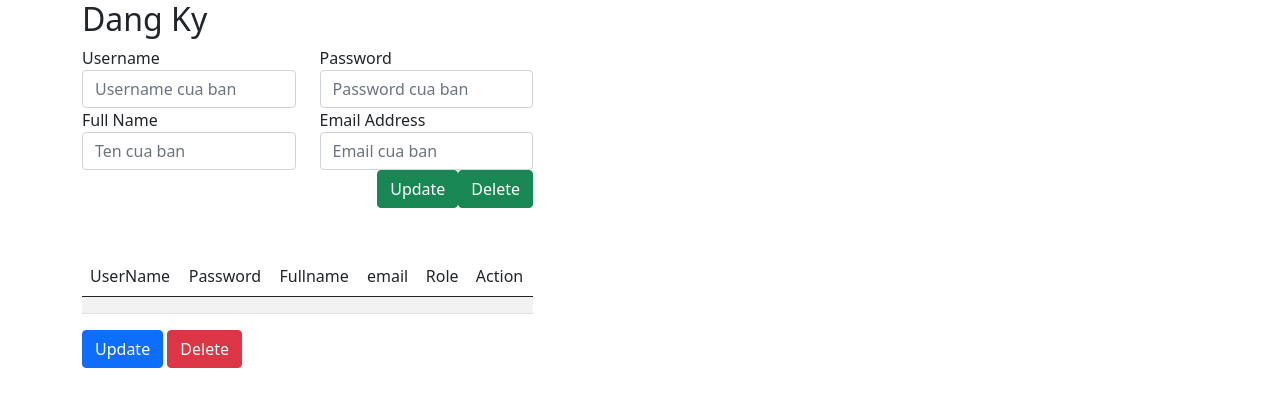
Repository: kiennd3921/AssJava4
Page: http://localhost/Assignment/view/admin/QLyAdmin.jsp
The author's editor kept a copy of each file at every save. The page is drawn from the files as they stood at one save, then again after the next save.
The browser window is 1280 px wide. The pictures show the whole page.
The page is served by Tomcat 9. Other server files are loaded and not shown.

Above is the page before, as saved 2021-04-16 01:07:03.

### PT15307-UD/Assignment/WebContent/view/admin/QLyAdmin.jsp
<%@ page language="java" contentType="text/html; charset=ISO-8859-1"
	pageEncoding="UTF-8"%>
<!DOCTYPE html>
<html>
<head>
<meta charset="UTF-8">
<meta name="viewport" content="width = device-width, initial-scale=1.0">
<title>Insert title here</title>
<%@ taglib uri="http://java.sun.com/jstl/core_rt" prefix="c"%>
<link rel="stylesheet" type="text/css">
<link
	href="https://cdn.jsdelivr.net/npm/bootstrap@5.0.0-beta2/dist/css/bootstrap.min.css"
	rel="stylesheet"
	integrity="sha384-BmbxuPwQa2lc/FVzBcNJ7UAyJxM6wuqIj61tLrc4wSX0szH/Ev+nYRRuWlolflfl"
	crossorigin="anonymous">

</head>
<body>
	<div class="container">
		<div class="row">
			<div class="col-md-5">
				<form>
					<h2>Dang Ky</h2>
					<div class="row">
						<div class="col">
							<label>Username</label> <input type="text" class="form-control"
								placeholder="Username cua ban" required name="">
						</div>
						<div class="col">
							<label>Password</label> <input type="password"
								class="form-control" placeholder="Password cua ban" required
								name="">
						</div>
					</div>
					<div class="row">
						<div class="col">
							<label>Full Name</label> <input type="text" class="form-control"
								placeholder="Ten cua ban" required name="">
						</div>
						<div class="col">
							<label>Email Address</label> <input type="email"
								class="form-control" placeholder="Email cua ban" required
								name="">
						</div>
					</div>
					<div class="form-group nav justify-content-end">
						<button class="btn btn-success" type="submit">Update</button>
						<button class="btn btn-success" type="submit">Delete</button>
					</div>
				</form>


				<div class="mt-5 table-responsive">
					<table class="table table-striped">
						<thead>
							<tr>
								<td>UserName</td>
								<td>Password</td>
								<td>Fullname</td>
								<td>email</td>
								<td>Role</td>
								<td colspan="1">Action</td>
							</tr>
						</thead>
						<tbody>
							<tr>
								<td>${ user.id }</td>
								<td>${ user.password }</td>
								<td>${ user.email }</td>
								<td>${ user.fullname }</td>
								<td>${ user.admin }</td>
								<td>${ user.post.size() }</td>

							</tr>
						</tbody>

					</table>
					<a href="/PT15307-UD/admin/user/edit?id=${ user.id }"
						class="btn btn-primary">Update</a>
					<button class="btn btn-danger">Delete</button>
				</div>
			</div>
		</div>
	</div>
</body>
</html>

After the next save:
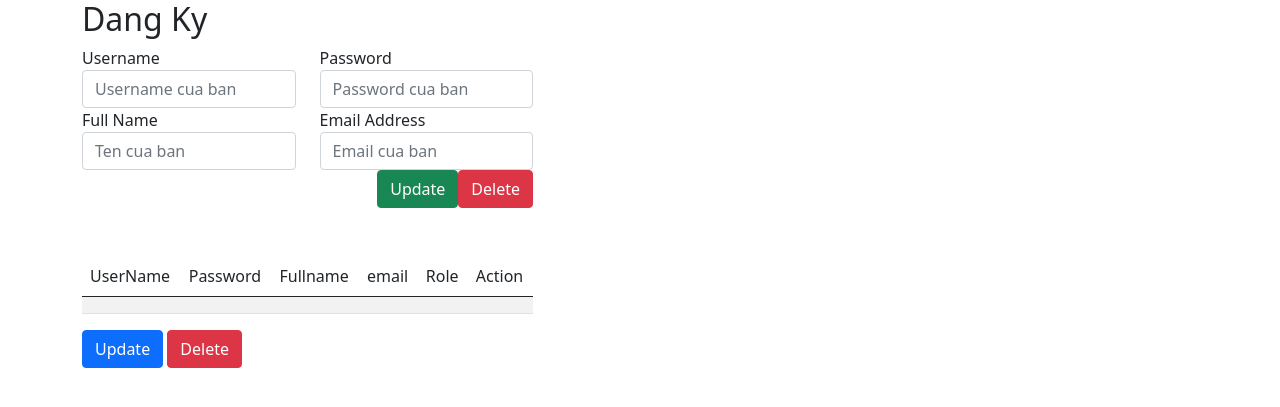
Saved 5 min 57 s later.
--- a/PT15307-UD/Assignment/WebContent/view/admin/QLyAdmin.jsp
+++ b/PT15307-UD/Assignment/WebContent/view/admin/QLyAdmin.jsp
@@ -45,7 +45,7 @@
 					</div>
 					<div class="form-group nav justify-content-end">
 						<button class="btn btn-success" type="submit">Update</button>
-						<button class="btn btn-success" type="submit">Delete</button>
+						<button class="btn btn-danger">Delete</button>
 					</div>
 				</form>
 
